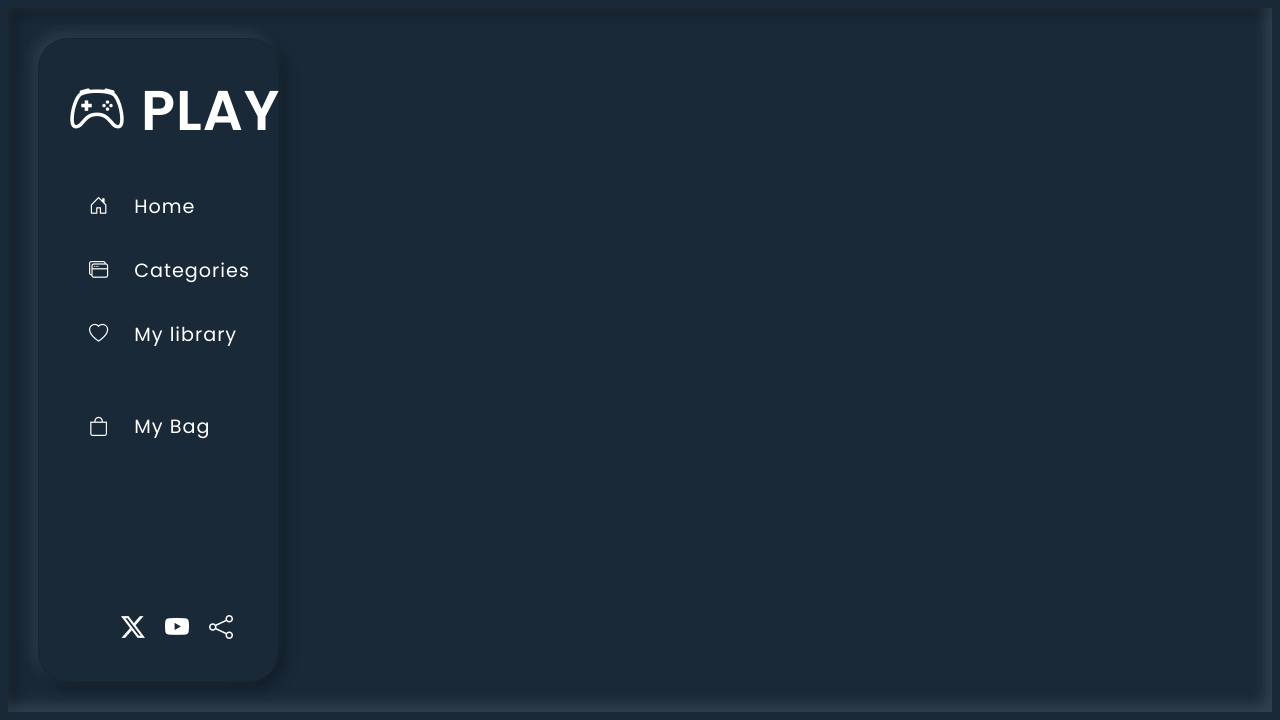
Repository: Ego-Wolf/Ecommerce-game-Reactjs
Page: /
An editor plug-in stored every save of this project. The page is shown before and after a run of saves, followed by the edit.
The browser window is 1280 px wide. The pictures show the whole page.
The project was rebuilt for these pictures with package versions that can differ from the ones it lists, and the page was loaded fresh each time.

Above is the page before, as saved 2023-12-21 23:27:45.

After the next 4 saves:
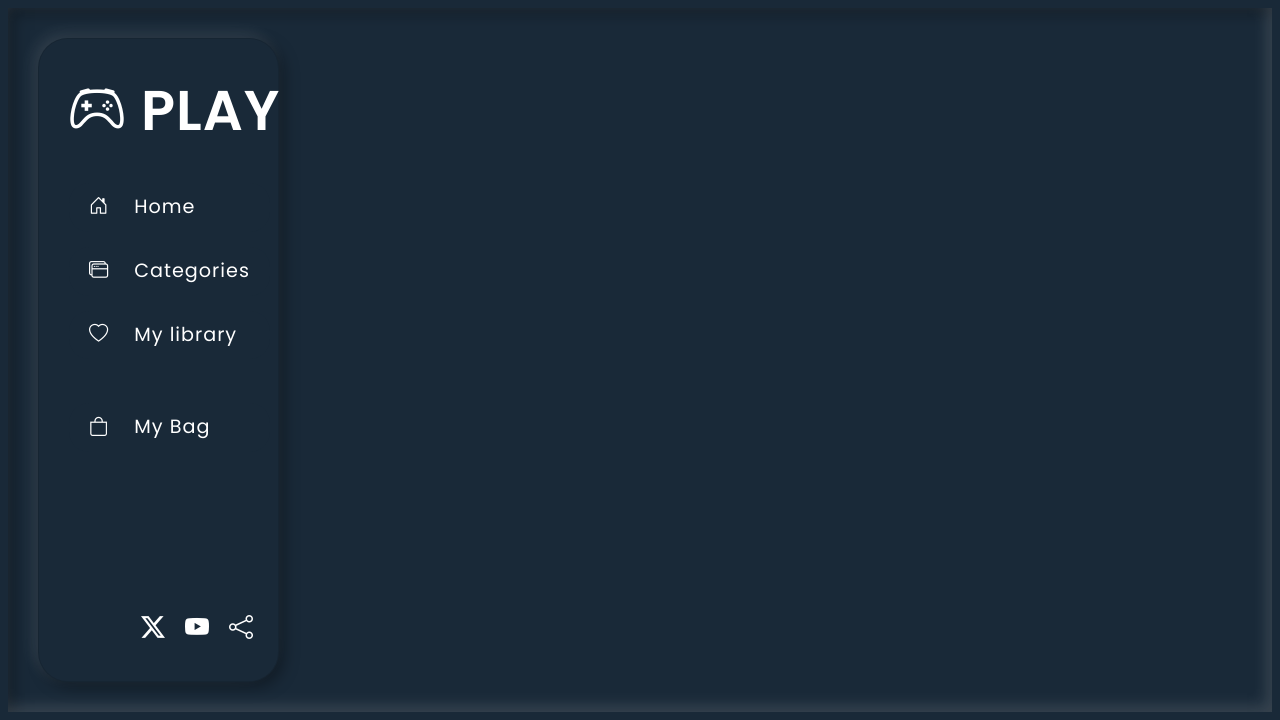
The 4 saves are shown as one change because they came seconds apart.
The last was saved 33 s later.
--- a/src/data/socialListData.js
+++ b/src/data/socialListData.js
@@ -8,13 +8,20 @@
     },
     {
         _id: 2,
+        // target: 'meta',
+        // name: 'Meta',
+        icon: 'bi-bi-meta',
+        active: true,
+    },
+    {
+        _id: 3,
         // target: 'categories',
         // name: 'Categories',
         icon: 'bi-twitter-x ',
         active: false,
     },
     {
-        _id: 3,
+        _id: 4,
         // target: 'library',
         // name: 'My library',
         icon: 'bi-youtube',

After the 3 saves that followed:
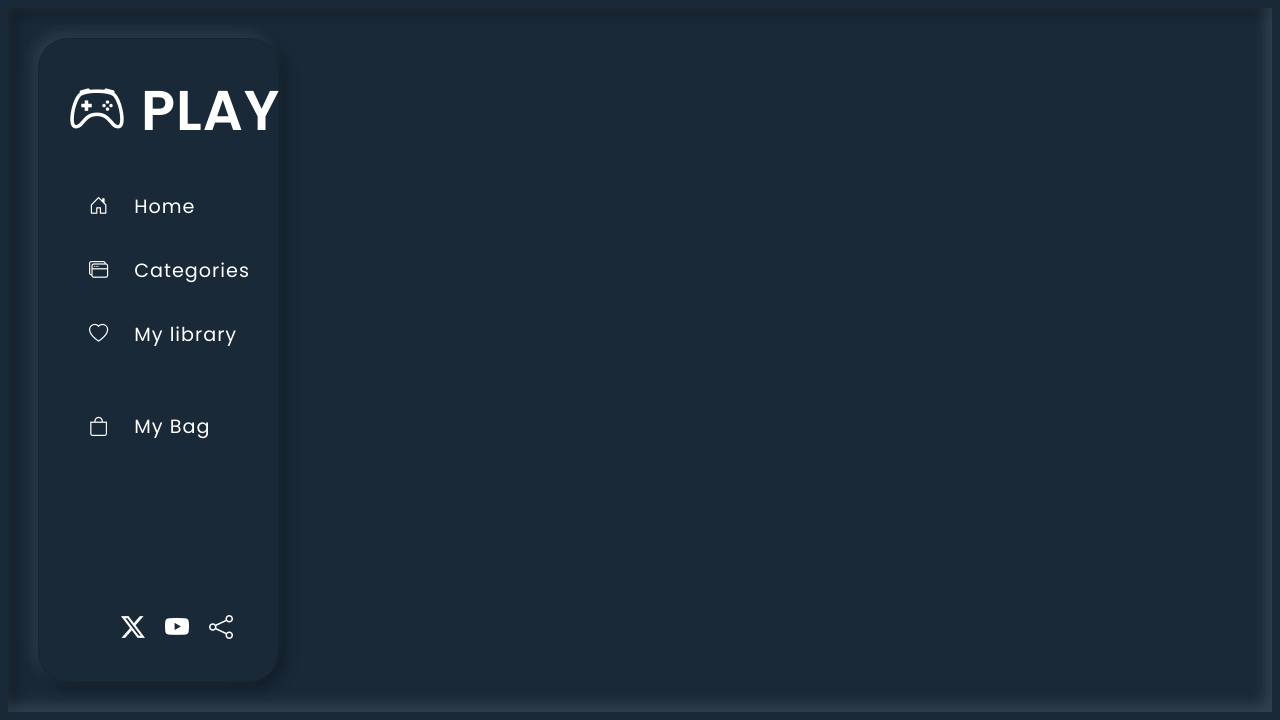
The 3 saves are shown as one change because 1 left the picture as it was and some came seconds apart.
The last was saved 76 s later.
--- a/src/data/socialListData.js
+++ b/src/data/socialListData.js
@@ -8,20 +8,13 @@
     },
     {
         _id: 2,
-        // target: 'meta',
-        // name: 'Meta',
-        icon: 'bi-bi-meta',
-        active: true,
-    },
-    {
-        _id: 3,
         // target: 'categories',
         // name: 'Categories',
         icon: 'bi-twitter-x ',
         active: false,
     },
     {
-        _id: 4,
+        _id: 3,
         // target: 'library',
         // name: 'My library',
         icon: 'bi-youtube',
@@ -29,8 +22,8 @@
     },
     {
         _id: 4,
-        // target: 'bag',
-        // name: 'My Bag',
+        target: 'bag',
+        name: 'My Bag',
         icon: 'bi-share',
         active: false,
     },
